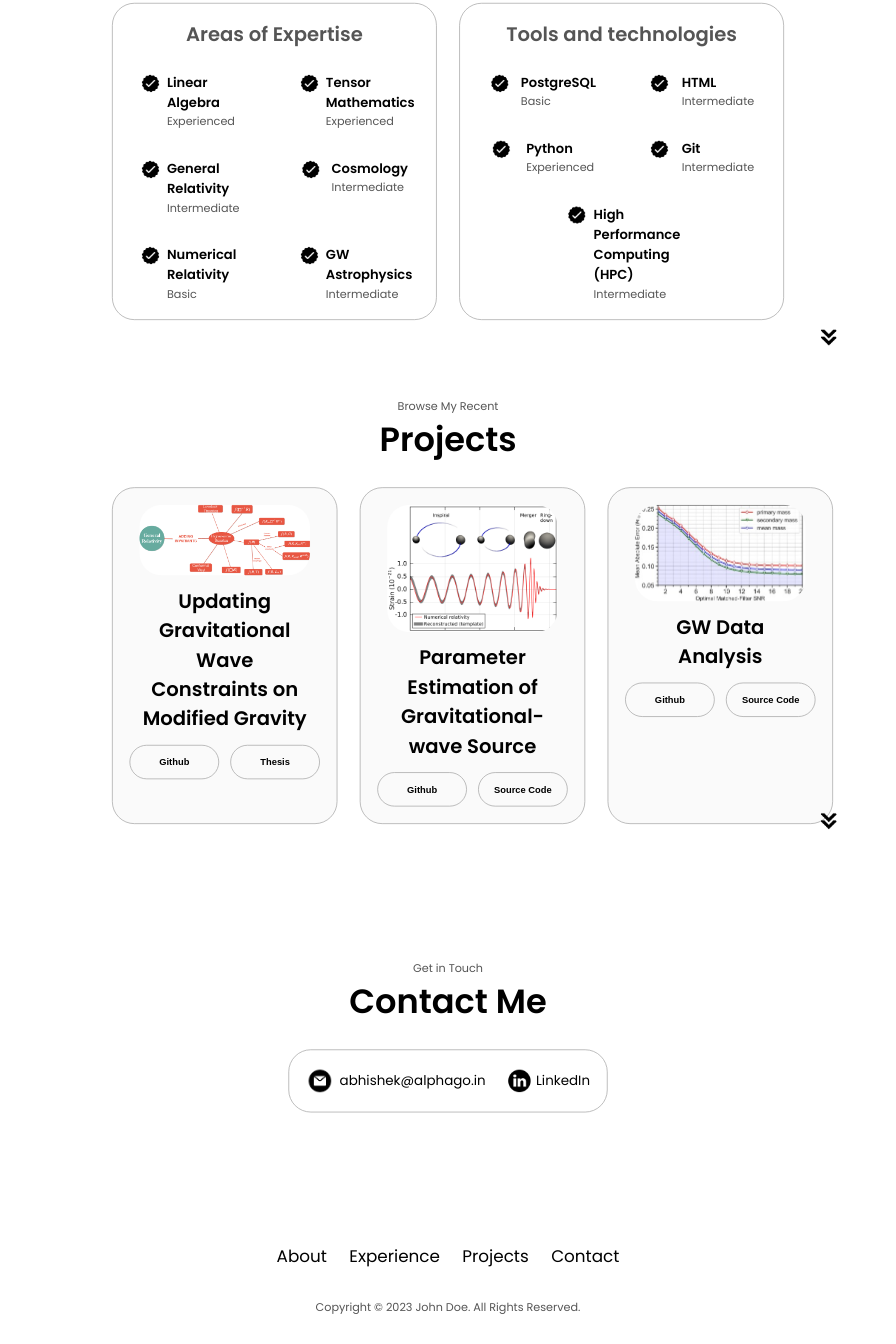
Repository: APersonalVoyage/APersonalVoyage.github.io
Page: index.html
These files come from the project's save history. The page is drawn as it stood at one moment and after the next save; the edit follows.
The browser window is 1280 px wide. The pictures show the part of the page from y = 1543 to 3463 px (the page is 3463 px tall), at 70% of full size.
A picture or video elsewhere on the page could not be fetched, so the positions and the page height are approximate.

Above is the page before, as saved 2023-08-24 12:28:33.

After the next save:
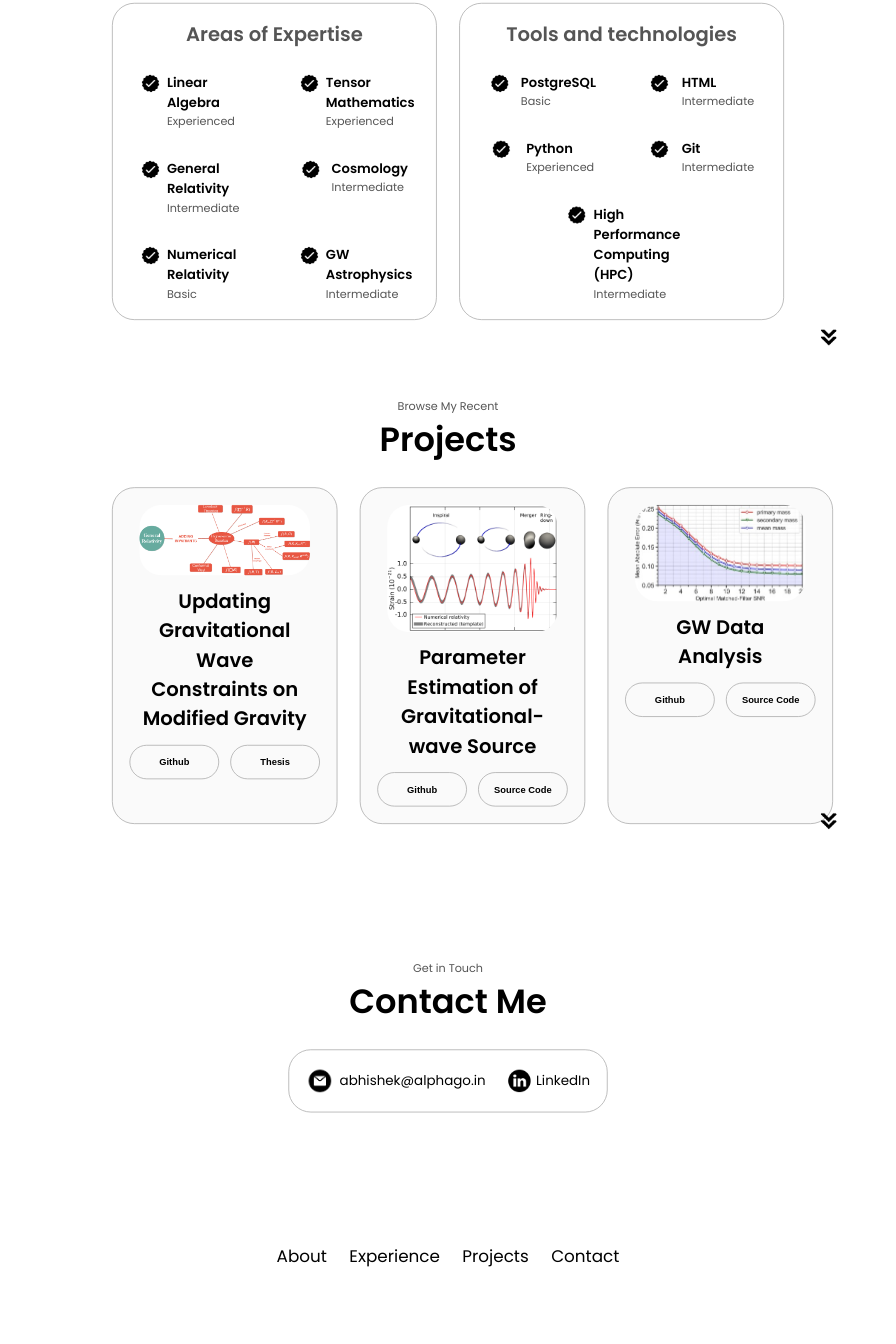
Saved 59 s later.
--- a/index.html
+++ b/index.html
@@ -385,7 +385,7 @@
         </ul>
       </div>
     </nav>
-    <p>Copyright &#169; 2023 John Doe. All Rights Reserved.</p>
+
   </footer>
   <script src="script.js"></script>
 </body>
